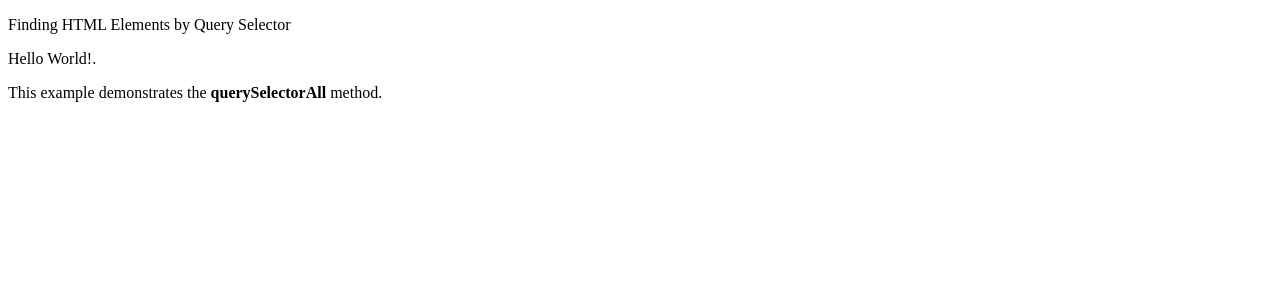
Repository: nghiakma/Javascript-begin
Page: dom/dom.html
The author's editor kept a copy of each file at every save. The page is drawn from the files as they stood at one save, then again after the next save.
The browser window is 1280 px wide. The pictures show the whole page.

Above is the page before, as saved 2023-05-22 16:20:15.

### dom/dom.html
<!DOCTYPE html>
<!DOCTYPE html>
<html lang="en">

<head>
    <meta charset="UTF-8">
    <meta http-equiv="X-UA-Compatible" content="IE=edge">
    <meta name="viewport" content="width=device-width, initial-scale=1.0">
    <title>Document</title>
</head>

<body>
    <p id="demo"></p>
    <p>Finding HTML Elements by Query Selector</p>
    <p class="intro">Hello World!.</p>
    <p class="intro">This example demonstrates the <b>querySelectorAll</b> method.</p>
    <script>
        // document.getElementById("demo").innerHTML = "hello world";
        // const x = document.getElementsByClassName("intro");
        // const element = document.getElementsByTagName("p");
        // document.getElementById("demo").innerHTML = 'The text in first paragraph' + element[0].innerHTML;

        /*Tim phan tu html css selector tim tat ca cac phan tu*/

    </script>
</body>

</html>

After the next save:
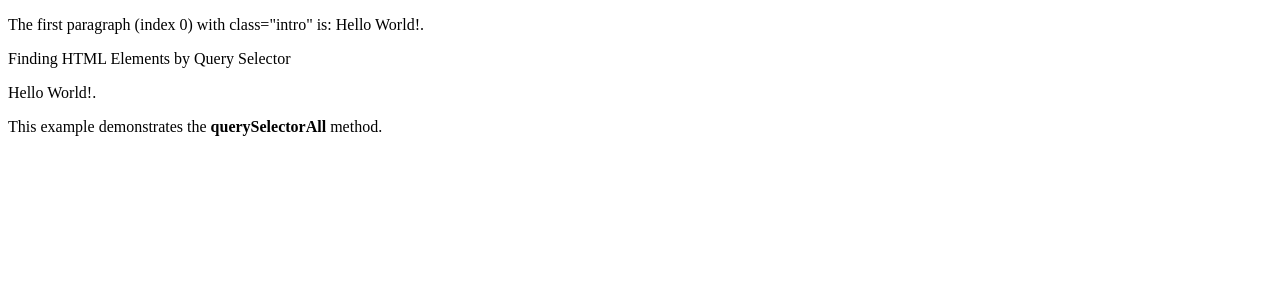
Saved 27 s later.
--- a/dom/dom.html
+++ b/dom/dom.html
@@ -21,7 +21,9 @@
         // document.getElementById("demo").innerHTML = 'The text in first paragraph' + element[0].innerHTML;
 
         /*Tim phan tu html css selector tim tat ca cac phan tu*/
-
+        const x = document.querySelectorAll("p.intro");
+        document.getElementById("demo").innerHTML =
+            'The first paragraph (index 0) with class="intro" is: ' + x[0].innerHTML;
     </script>
 </body>
 
